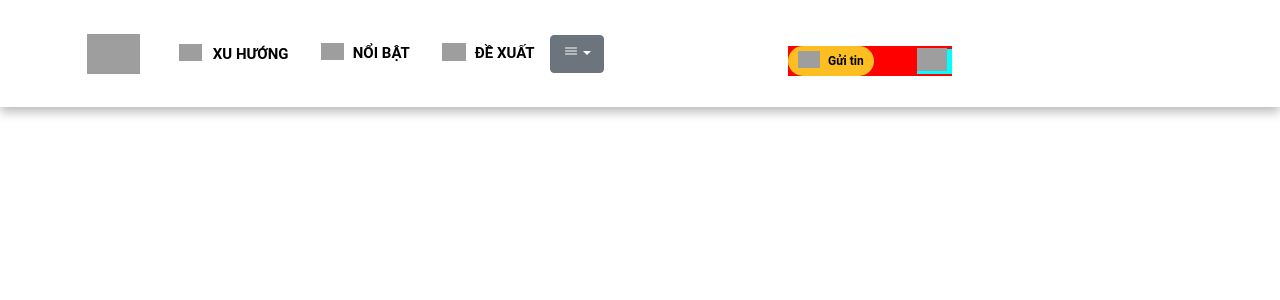
Repository: NguyenMinhHieudz/case3_for_web
Page: baotre.html
The author's editor kept a copy of each file at every save. The page is drawn from the files as they stood at one save, then again after a run of saves.
The browser window is 1280 px wide. The pictures show the whole page.
Pictures or frames that could not be fetched are drawn as grey boxes.

Above is the page before, as saved 2021-12-22 15:46:49.
Not found: baotre

### baotre.html
<!DOCTYPE html>
<html lang="en">

<head>
    <meta charset="UTF-8">
    <meta http-equiv="X-UA-Compatible" content="IE=edge">
    <meta name="viewport" content="width=device-width, initial-scale=1.0">
    <title>Báo tuổi trẻ</title>
    <link rel="stylesheet" href="https://cdn.jsdelivr.net/npm/bootstrap@4.6.1/dist/css/bootstrap.min.css"
        integrity="sha384-zCbKRCUGaJDkqS1kPbPd7TveP5iyJE0EjAuZQTgFLD2ylzuqKfdKlfG/eSrtxUkn" crossorigin="anonymous">
    <script src="https://cdn.jsdelivr.net/npm/jquery@3.5.1/dist/jquery.slim.min.js"
        integrity="sha384-DfXdz2htPH0lsSSs5nCTpuj/zy4C+OGpamoFVy38MVBnE+IbbVYUew+OrCXaRkfj"
        crossorigin="anonymous"></script>
    <script src="https://cdn.jsdelivr.net/npm/bootstrap@4.6.1/dist/js/bootstrap.bundle.min.js"
        integrity="sha384-fQybjgWLrvvRgtW6bFlB7jaZrFsaBXjsOMm/tB9LTS58ONXgqbR9W8oWht/amnpF"
        crossorigin="anonymous"></script>

        <script type="module" src="https://unpkg.com/ionicons@5.5.2/dist/ionicons/ionicons.esm.js"></script>
        <script nomodule src="https://unpkg.com/ionicons@5.5.2/dist/ionicons/ionicons.js"></script>

    <link rel="stylesheet" href="baotre.css">
    <script src="baotre"></script>
</head>

<body>
    <header class="header">
        <div class="container">
            <div class="inner-container">
                <div class="outer-logo">
                    <a class="logo" href="#" title="TUỔI TRẺ CƯỜI ONLINE">
                    <img src="https://cdncuoi.tuoitre.vn/ttc/source/img/logo-pc.png" alt="TUỔI TRẺ CƯỜI ONLINE"></a>
                    </div>

                    <ul class="list-tool d-flex justify-content-around">
                        <li>
                            <h4><a class="button" href="/xu-huong" title="Xu hướng">
                                <i class="icon icon-trend"></i> Xu hướng </a> </h4>
                        </li>

                        <li>
                            <h4><a class="button" href="/xu-huong" title="Xu hướng">
                                <i class="icon icon-hot"></i> Nổi bật </a></h4>
                        </li>

                        <li> <h4><a class="button" href="#">
                             <i class="icon icon-suggest"></i> Đề Xuất </a></h4>
                        </li>


                        <div class="dropdown">
                            <a
                              class="btn btn-secondary dropdown-toggle"
                              href="#"
                              role="button"
                              id="dropdownMenuLink"
                              data-toggle="dropdown"
                              aria-expanded="false">
                          <ion-icon name="menu-outline"></ion-icon></a>

                            <div class="dropdown-menu" aria-labelledby="dropdownMenuLink">
                                <ul class="modal__menu">
                                  <li>
                                    <a class="dropdown-item" href="#">
                                      <img
                                        src="https://cdncuoi.tuoitre.vn/assets/d4887838/img/icon/no-title/tintuccuoi.png"
                                        alt=""/>Tin...tức cười</a>
                                  </li>

                                  <li>
                                    <a class="dropdown-item" href="#">
                                      <img
                                        src="https://cdncuoi.tuoitre.vn/assets/d4887838/img/icon/no-title/video.png"
                                        alt=""/>Video</a>
                                  </li>

                                  <li>
                                    <a class="dropdown-item" href="#">
                                      <img
                                        src="https://cdncuoi.tuoitre.vn/assets/d4887838/img/icon/no-title/giaitri.png"
                                        alt=""/>Giải trí</a>
                                  </li>

                                  <li>
                                    <a class="dropdown-item" href="#">
                                      <img
                                        src="https://cdncuoi.tuoitre.vn/assets/d4887838/img/icon/no-title/gioitre.png"
                                        alt=""/>Zới trẻ</a>
                                  </li>

                                  <li>
                                    <a class="dropdown-item" href="#">
                                      <img
                                        src="https://cdncuoi.tuoitre.vn/assets/d4887838/img/icon/no-title/biemhoa.png"
                                        alt=""/>Biếm họa</a>
                                  </li>

                                  <li>
                                    <a class="dropdown-item" href="#">
                                      <img
                                        src="https://cdncuoi.tuoitre.vn/assets/d4887838/img/icon/no-title/doicuoi.png"
                                        alt=""/>Đời cười</a>
                                  </li>

                                  <li>
                                    <a class="dropdown-item" href="#">
                                      <img
                                        src="https://cdncuoi.tuoitre.vn/assets/d4887838/img/icon/no-title/truyentranh.png"
                                        alt=""/>Truyện tranh</a>
                                  </li>

                                  <li>
                                    <a class="dropdown-item" href="#">
                                      <img
                                        src="https://cdncuoi.tuoitre.vn/assets/d4887838/img/icon/no-title/suckhoe.png"
                                        alt=""/>Sức khỏe</a>
                                  </li>

                                  <li>
                                    <a class="dropdown-item" href="#">
                                      <img
                                        src="https://cdncuoi.tuoitre.vn/assets/d4887838/img/icon/no-title/the-thao.png"
                                        alt=""/>Thể thao cười</a>
                                  </li>
                                </ul>
                              </div>
                            </div>
                        </ul>

                        <div class="group-btn">
                            <a class="button btn-mail" href="/gui-bai" title="Gửi tin">

                                <i class="icon icon-mail"></i> Gửi tin</a>

                                <button class="button btn-search" href="#"></button>

                                <button class="button btn-search" type="button" data-target="#searchModal" data-toggle="modal">

                                <i class="icon icon-search-black"></i></button>
                        </div>

                </div>
        </div>
    </header>
</body>

</html>

### baotre.css
* {
  margin: 0;
  padding: 0;
  border: 0;
  font-size: 100%;
  box-sizing: border-box;
}

.header {
  background-color: #ffffff;
  box-shadow: #bababa 0px 5px 10px 0px;
  color: #878787;
  font-family: Roboto;
  font-size: 15px;
  line-height: 22.5px;
  text-align: left;
  z-index: 99;
  left: 0;
  top: 0;
  width: 100%;
  position: fixed;
}

.container {
  color: #878787;
  font-size: 15px;
  line-height: 60px;
  margin: 0px 72px;
  padding: 0px 15px;
  text-align: left;
}

.inner-container {
  color: #878787;
  font-size: 15px;
  line-height: 22.5px;
  text-align: left;
  display: flex;
  align-items: center;
}

.inner-container img {
  height: 40px;
  color: #0056b3;
  text-align: left;
  float: left;
}

h4 {
  display: block;
  margin-block-start: 1.33em;
  margin-block-end: 1.33em;
  margin-inline-start: 0px;
  margin-inline-end: 0px;
  font-weight: bold;
  color: black;
}

.list-tool li a {
  padding: 12px 16px;
  color: #000;
  text-transform: uppercase;
  font-weight: bold;
  font-size: 15px;
  display: block;
  font-family: Roboto;
  text-align: center;
}

.list-tool li a i {
  margin-top: -5px;
  margin-right: 5px;
}

.icon {
  display: inline-block;
  vertical-align: middle;
  background-position: left;
  background-size: contain;
  background-repeat: no-repeat;
  background-position: 50% 50%;
  background-size: contain;
  font-weight: 700;
  line-height: 19.5px;
  margin: -5px 5px 0px 0px;
  text-align: center;
  text-transform: uppercase;
}

.icon-trend {
  width: 28px;
  height: 17px;
  background-image: url(https://cdncuoi.tuoitre.vn/assets/d4887838/img/icon/icon-trend.png);
}

.icon-hot {
  width: 23px;
  height: 23px;
  background-image: url(https://cdncuoi.tuoitre.vn/assets/d4887838/img/icon/icon-hot.svg);
}

.icon-suggest {
  width: 24px;
  height: 24px;
  background-image: url(https://cdncuoi.tuoitre.vn/assets/d4887838/img/icon/icon-suggest.svg);
}

.icon-mail {
    width: 22px;
    height: 22px;
    background-image: url(https://cdncuoi.tuoitre.vn/assets/d4887838/img/icon/icon-mail.svg);
}

.icon-search-black {
    width: 30px;
    height: 30px;
    background-image: url(https://cdncuoi.tuoitre.vn/assets/d4887838/img/icon/btn-search-black.png);
}

.list-tool {
  margin: 0px 0px 0px 20px;
  text-align: center;
  list-style: none;
  font-size: 15px;
}

.list-tool ul {
  margin-top: 0;
}

.d-flex {
  display: flex;
  align-items: center;
  margin: 0px 0px 0px 20px;
  text-align: center;
}

.justify-content-around {
  justify-content: space-around !important;
}

/* .btn-menu {
    margin-left: auto;
    height: 30px;
    width: 24px;
    display: inline-block;
    position: relative;
    overflow: hidden;
    text-indent: -999px;
}

.btn-menu:before {
    transition: all .3s ease;
    position: absolute;
    top: 20px;
    right: 0;
    display: block;
    height: 2px;
    width: 17px;
    background: #000000;
    content: '';
}

.btn-menu:after {
    transition: all .3s ease;
    position: absolute;
    top: 6px;
    right: 0;
    display: block;
    height: 9px;
    width: 24px;
    border-top: 2px solid #000000;
    border-bottom: 2px solid #000000;
    content: '';
    border-left: 0;
    border-right: 0;
}

.dropdown-toggle {
    white-space: nowrap;
}

.dropdown-toggle::after {
    display: inline-block;
    margin-left: 0.255em;
    vertical-align: 0.255em;
    content: "";
    border-top: 0.3em solid;
    border-right: 0.3em solid transparent;
    border-bottom: 0;
    border-left: 0.3em solid transparent;
} */

.btn, .button {
  position: relative;
  will-change: transform;
  text-transform: none;
  transition: all 0.15s ease;
}

.btn:hover, .button:hover {
    transform: translateY(-1,5px);
}

.btn-mail {
    font-weight: bold;
    height: 30px;
    line-height: 30px;
    padding-right: 10px;
    padding-left: 10px;
    border-radius: 15px;
    background: #fdbe21;
    color: #000000;
    font-size: 12px;
    display: inline-block;
    font-weight: 700;
    text-align: left;
}

.inner-header, .btn-search {
    background: none;
    padding: 0;
    border: 0;
    margin-left: 18px;
    background-color: cyan;
}

.inner-header, .group-btn {
    margin-left: auto;
    margin-top: 15px;
    margin: 15px 0px 0px 183.494px;
    text-align: left;
    line-height: 22.5px;
    background-color: red;

}

.dropdown-menu .modal__menu li {
  width: 50%;
  float: left;
}

After the next 2 saves:
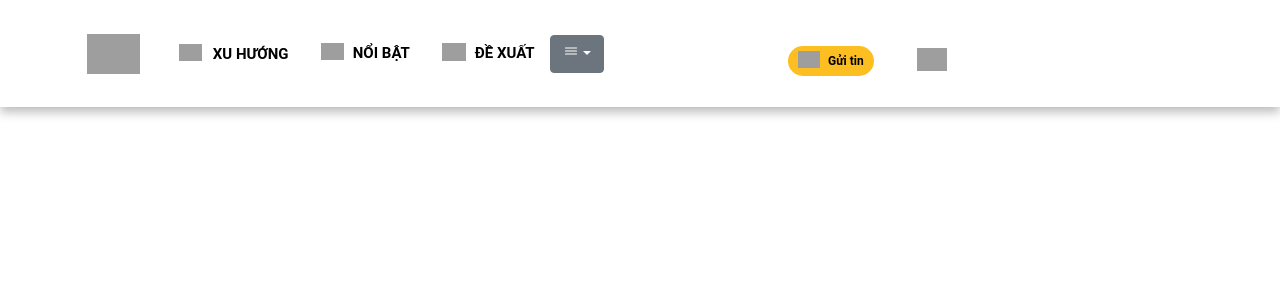
The 2 saves are shown as one change because they came seconds apart.
The last was saved 25 s later.
--- a/baotre.css
+++ b/baotre.css
@@ -222,7 +222,6 @@ h4 {
     padding: 0;
     border: 0;
     margin-left: 18px;
-    background-color: cyan;
 }
 
 .inner-header, .group-btn {
@@ -231,7 +230,6 @@ h4 {
     margin: 15px 0px 0px 183.494px;
     text-align: left;
     line-height: 22.5px;
-    background-color: red;
 
 }
 
